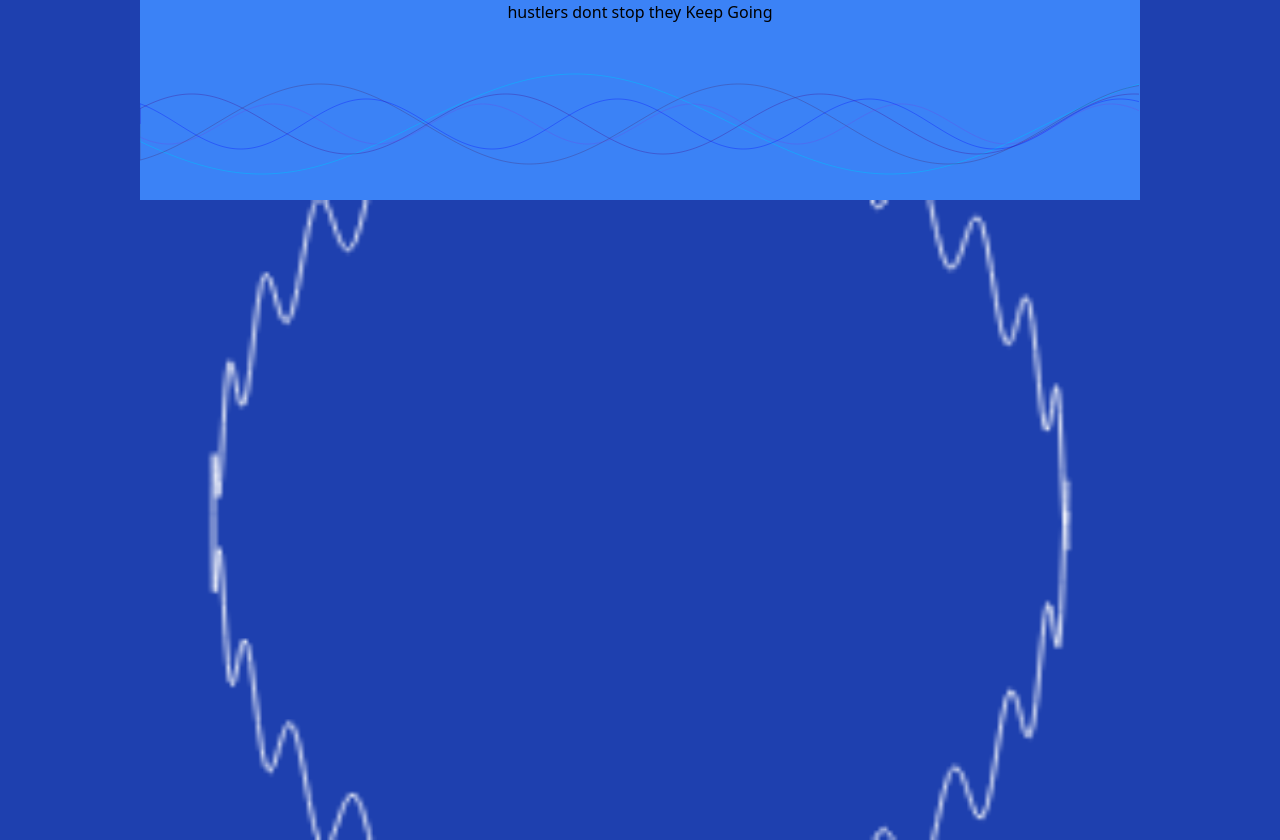
Repository: TMuse333/quantum-experiments
Page: /
These files come from the project's save history. The page is drawn as it stood at one moment and after the next save; the edit follows.
The browser window is 1280 px wide. The pictures show the whole page.
The project was rebuilt for these pictures with package versions that can differ from the ones it lists, and the page was loaded fresh each time. Also part of the build but not shown: vite.config.ts.

Above is the page before, as saved 2024-06-08 18:41:15.

### src/App.tsx
import { useState } from 'react'
import reactLogo from './assets/react.svg'
import viteLogo from '/vite.svg'
import './App.css'
import SineWave from './components/sineWave/sineWave'
import ThreeJSWave from './components/threeeJsWave/threeJsWave'
import CircularWave from './components/circularWave/circularWave'

function App() {
  const [count, setCount] = useState(0)

  return (
    <>
    <div className='bg-blue-800 absolute top-0 left-0
    flex items-center flex-col justify-center w-screen'>


     <SineWave/>
     {/* <ThreeJSWave/> */}
     <CircularWave/>
     </div>
    </>
  )
}

export default App

### src/components/sineWave/sineWave.tsx
import React, { useRef, useEffect } from 'react';

const SineWave: React.FC = () => {
  const canvasRef = useRef<HTMLCanvasElement | null>(null);

  useEffect(() => {
    const canvas = canvasRef.current;
    if (!canvas) return;

    const c = canvas.getContext('2d');
    if (!c) return;

    const waves = [
      {
        amplitude: 50,
        frequency: 0.01,
        speed: 0.02,
        xOffset: 0,
        color: 'rgba(0, 191, 255, 0.5)', // Sky Blue
      },
      {
        amplitude: 30,
        frequency: 0.02,
        speed: 0.03,
        xOffset: 0,
        color: 'rgba(75, 0, 130, 0.3)', // Indigo
      },
      {
        amplitude: 20,
        frequency: 0.03,
        speed: 0.04,
        xOffset: 0,
        color: 'rgba(138, 43, 226, 0.2)', // Blue Violet
      },
      {
        amplitude: 40,
        frequency: 0.015,
        speed: 0.025,
        xOffset: 0,
        color: 'rgba(72, 61, 139, 0.4)', // Dark Slate Blue
      },
      {
        amplitude: 25,
        frequency: 0.025,
        speed: 0.035,
        xOffset: 0,
        color: 'rgba(0, 0, 255, 0.3)', // Blue
      },
    ];

    const resizeHandler = () => {
      canvas.width = canvas.parentElement?.clientWidth ?? window.innerWidth;
      canvas.height = canvas.parentElement?.clientHeight ?? window.innerHeight;
    };

    window.addEventListener('resize', resizeHandler);
    resizeHandler();

    const draw = () => {
      c.clearRect(0, 0, canvas.width, canvas.height);
      waves.forEach((wave) => {
        c.beginPath();
        c.moveTo(0, canvas.height / 2);
        for (let x = 0; x < canvas.width; x++) {
          const y = canvas.height / 2 + Math.sin(x * wave.frequency + wave.xOffset) * wave.amplitude;
          c.lineTo(x, y);
        }
        c.strokeStyle = wave.color;
        c.stroke();
        wave.xOffset += wave.speed;
      });
      requestAnimationFrame(draw);
    };

    draw();

    return () => {
      window.removeEventListener('resize', resizeHandler);
    };
  }, []);

  return (
    <div className='w-screen bg-blue-500 relative h-[200px] max-w-[1000px] ml-auto mr-auto'>
        <h1>hustlers dont stop they Keep Going</h1>
      <canvas className='h-full w-full mt-auto mb-auto' ref={canvasRef} />
    </div>
  );
};

export default SineWave;

### src/components/circularWave/circularWave.tsx
import React, { useEffect, useRef } from 'react';

const CircularWave: React.FC = () => {
  const canvasRef = useRef<HTMLCanvasElement | null>(null);
  const frameId = useRef<number | null>(null); // To store the frame ID

  useEffect(() => {
    const canvas = canvasRef.current;
    if (!canvas) return;

    const c = canvas.getContext('2d');
    if (!c) return;

    const centerX = canvas.width / 2;
    const centerY = canvas.height / 2;
    const radius = 100; // Radius of the circular wave
    const waveLength = 600; // Wavelength of the wave
    const amplitude = 10; // Amplitude of the wave
    const frequency = 0.002; // Frequency of the wave
    const phaseShift = Math.PI / 4; // Phase shift to start the wave from the top

    const draw = () => {
      c.clearRect(0, 0, canvas.width, canvas.height);

      // Draw circular path
      c.beginPath();

      c.stroke();

      // Draw circular wave
      for (let angle = 0; angle < Math.PI * 2; angle += 0.02) {
        const x = centerX + radius * Math.cos(angle);
        const y = centerY + radius * Math.sin(angle) + amplitude * Math.sin(angle * waveLength + frequency * angle + phaseShift);
        if (angle === 0) {
          c.moveTo(x, y);
        } else {
          c.lineTo(x, y);
        }
      }

      c.strokeStyle = 'rgba(255, 255, 255, 0.8)';
      c.stroke();

      frameId.current = requestAnimationFrame(draw);
    };

    draw();

    // Cleanup function
    return () => cancelAnimationFrame(frameId.current ?? 0); // Use ?? operator to handle null or undefined frame ID
  }, []);

  return (
    <canvas
      className='h-full w-full'
      ref={canvasRef}
      style={{ width: '100%', height: '100%' }}
    ></canvas>
  );
};

export default CircularWave;

Loaded but not shown: index.html (common file); src/main.tsx (common file); src/index.css (common file); src/App.css (common file); tailwind.config.js (common file)

After the next save:
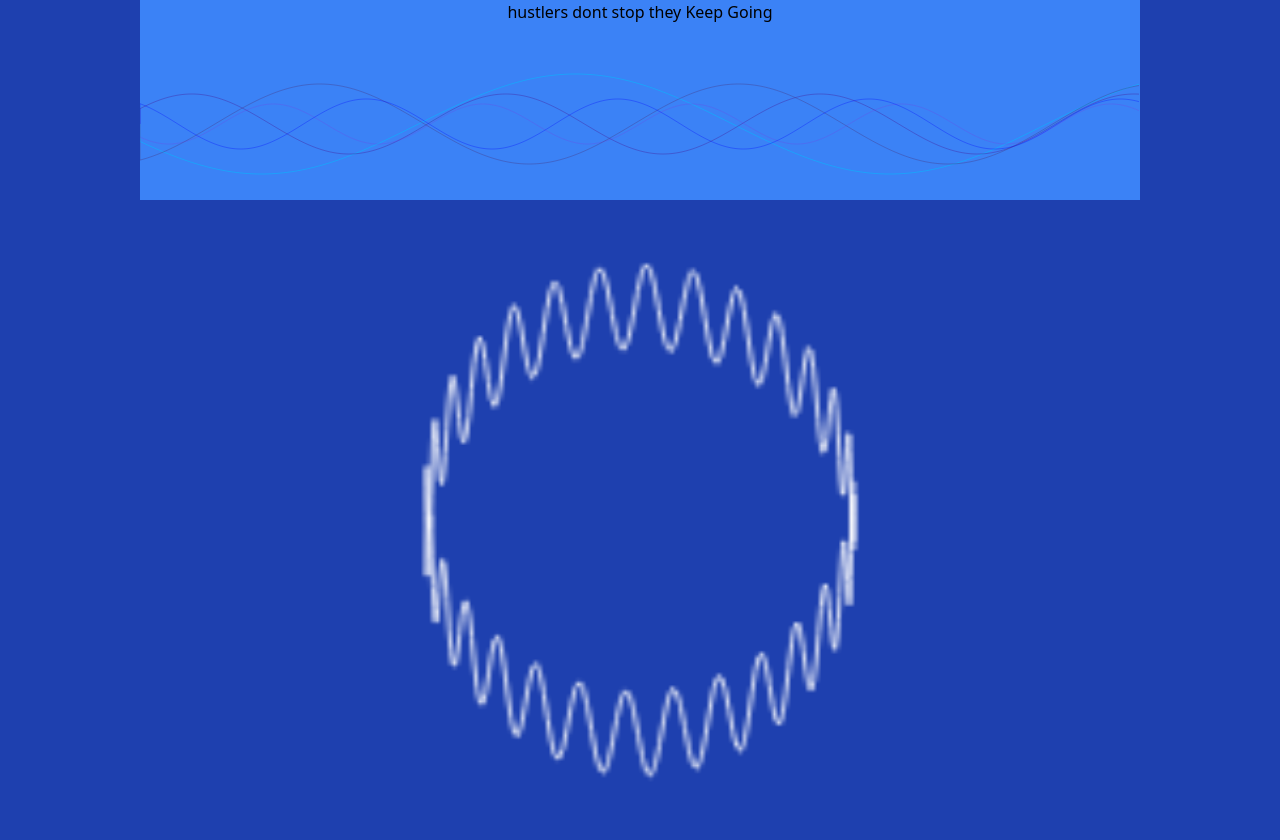
Saved 26 s later.
--- a/src/components/circularWave/circularWave.tsx
+++ b/src/components/circularWave/circularWave.tsx
@@ -13,7 +13,7 @@ const CircularWave: React.FC = () => {
 
     const centerX = canvas.width / 2;
     const centerY = canvas.height / 2;
-    const radius = 100; // Radius of the circular wave
+    const radius = 50; // Radius of the circular wave
     const waveLength = 600; // Wavelength of the wave
     const amplitude = 10; // Amplitude of the wave
     const frequency = 0.002; // Frequency of the wave
